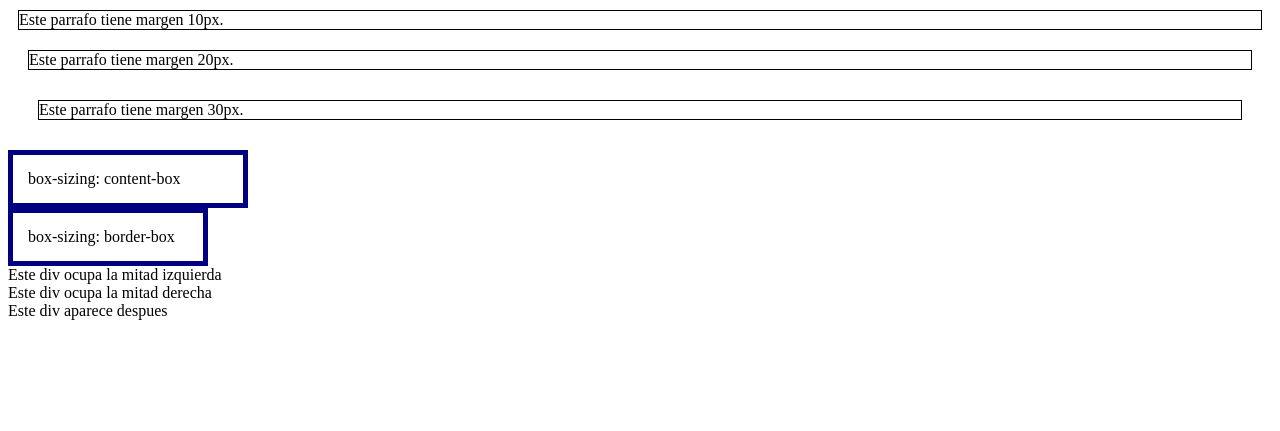
Repository: cesarsant0203/My_Study
Page: Introducción al desarrollo web/2-Css/2.11/2.11-modelo_de_caja_css.html
These files come from the project's save history. The page is drawn as it stood at one moment and after a run of saves; the edit follows.
The browser window is 1280 px wide. The pictures show the whole page.

Above is the page before, as saved 2020-04-29 16:14:35.

### Introducción al desarrollo web/2-Css/2.11/2.11-modelo_de_caja_css.html
<!DOCTYPE html>
<html lang="es">

<head>
    <meta charset="utf-8" />
    <title>Modelo de caja</title>
    <link href="2.11-modelo_de_caja_css.css" rel="stylesheet" />
</head>

<body>
    <section>
    <p class="margen-10">
        Este parrafo tiene margen 10px.
    </p>
    <p class="margen-20">
        Este parrafo tiene margen 20px.
    </p>
    <p class="margen-30">
        Este parrafo tiene margen 30px.
    </p>
    </section>
    <div id="contentBox">box-sizing: content-box</div>
    <div id="borderBox">box-sizing: border-box</div>
    <section class="box-sizing-content">
        <div class="split">Este div ocupa la mitad izquierda</div>
        <div class="split">Este div ocupa la mitad derecha</div>
        <div class="split">Este div aparece despues</div>
    </section>
</body>

</html>

### Introducción al desarrollo web/2-Css/2.11/2.11-modelo_de_caja_css.css
.margen-10, .margen-20, .margen-30 {
    border: 1px solid black;
}
.margen-10 {
    margin: 10px;
}
.margen-20 {
    margin: 20px;
}
.margen-30 {
    margin: 30px;
}

#contentBox {
    width: 200px;
    border: 5px solid #000080;
    box-sizing: content-box;
    padding: 15px;
}
#borderBox {
    width: 200px;
    border: 5px solid #000080;
    box-sizing: border-box;
    padding: 15px;
}

After the next 3 saves:
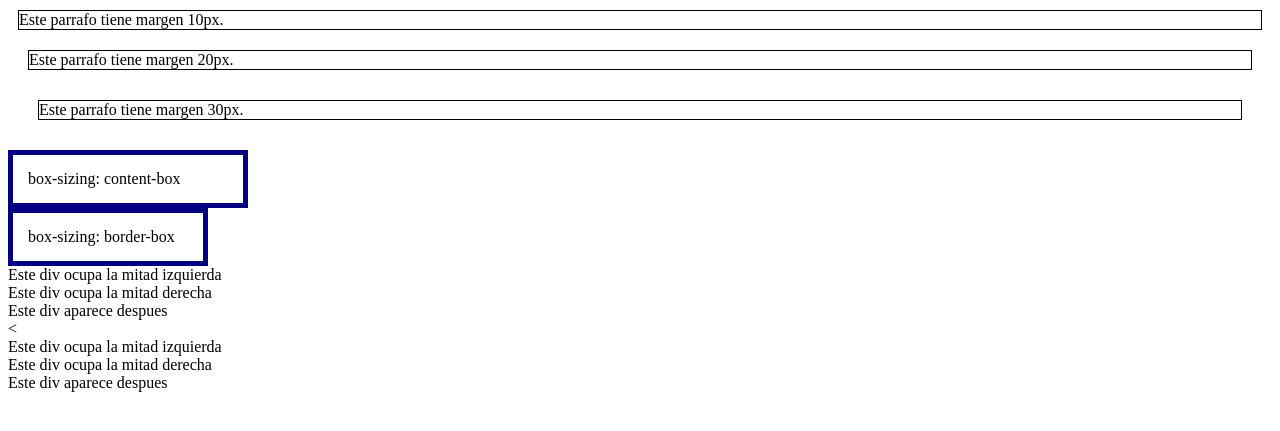
The 3 saves are shown as one change because they came seconds apart.
The last was saved 13 s later.
--- a/Introducción al desarrollo web/2-Css/2.11/2.11-modelo_de_caja_css.html
+++ b/Introducción al desarrollo web/2-Css/2.11/2.11-modelo_de_caja_css.html
@@ -26,6 +26,12 @@
         <div class="split">Este div ocupa la mitad derecha</div>
         <div class="split">Este div aparece despues</div>
     </section>
+    <
+    <section class="box-sizing-content">
+        <div class="split">Este div ocupa la mitad izquierda</div>
+        <div class="split">Este div ocupa la mitad derecha</div>
+        <div class="split">Este div aparece despues</div>
+    </section>
 </body>
 
 </html>
